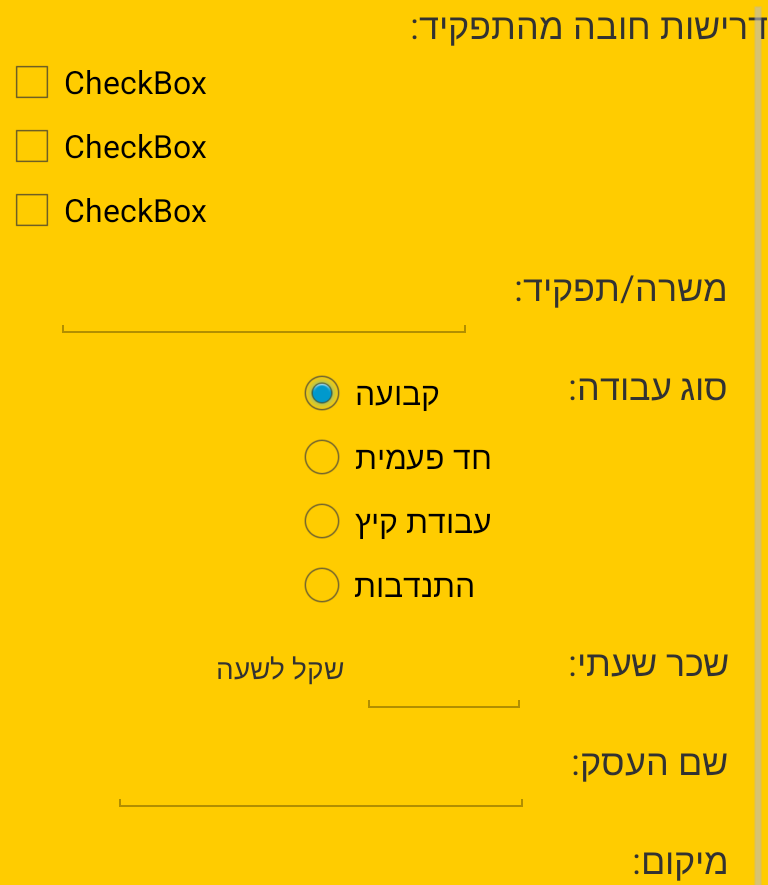
Repository: rodi055/jobli
Layout: Jobli/res/layout/fragment_create_job.xml
The author's editor kept a copy of each file at every save. The layout is drawn from the files as they stood at one save, then again after the next save.
The pictures show rows 0 to 885 of an output 1280 px tall.
Pictures or frames that could not be fetched are drawn as grey boxes. It is drawn on a 768 x 1280 px phone screen (xhdpi) without system bars, with theme AppTheme; the app's code is not run. The app's manifest (not shown) leaves right-to-left support off. So textAlignment, textDirection and layoutDirection are ignored, and left and right values win over start and end ones.

Above is the layout before, as saved 2015-01-03 12:27:01.

### Jobli/res/layout/fragment_create_job.xml
<?xml version="1.0" encoding="utf-8"?>
<LinearLayout xmlns:android="http://schemas.android.com/apk/res/android"
    android:layout_width="match_parent"
    android:layout_height="match_parent"
    android:background="#FFCC00"
    android:orientation="vertical" >

    <ScrollView
        android:layout_width="match_parent"
        android:layout_height="wrap_content" >

        <LinearLayout
            android:layout_width="match_parent"
            android:layout_height="wrap_content"
            android:orientation="vertical" >

            <RelativeLayout
                android:layout_width="wrap_content"
                android:layout_height="wrap_content"
                android:layout_weight="0.56" >

                <TextView
                    android:id="@+id/textView10"
                    android:layout_width="wrap_content"
                    android:layout_height="wrap_content"
                    android:layout_alignParentRight="true"
                    android:layout_alignParentTop="true"
                    android:text="דרישות חובה מהתפקיד:"
                    android:textSize="18sp" />

                <TableLayout
                    android:layout_width="wrap_content"
                    android:layout_height="wrap_content"
                    android:layout_below="@+id/textView10"
                    android:layout_centerVertical="true" >

                    <TableRow
                        android:id="@+id/tableRow1"
                        android:layout_width="wrap_content"
                        android:layout_height="wrap_content" >

                        <CheckBox
                            android:id="@+id/checkBox2"
                            android:layout_width="wrap_content"
                            android:layout_height="wrap_content"
                            android:text="CheckBox" />

                    </TableRow>

                    <TableRow
                        android:id="@+id/tableRow2"
                        android:layout_width="wrap_content"
                        android:layout_height="wrap_content" >

                        <CheckBox
                            android:id="@+id/checkBox3"
                            android:layout_width="wrap_content"
                            android:layout_height="wrap_content"
                            android:text="CheckBox" />

                    </TableRow>

                    <TableRow
                        android:id="@+id/tableRow3"
                        android:layout_width="wrap_content"
                        android:layout_height="wrap_content" >

                        <CheckBox
                            android:id="@+id/checkBox4"
                            android:layout_width="wrap_content"
                            android:layout_height="wrap_content"
                            android:text="CheckBox" />

                    </TableRow>

                    <TableRow
                        android:id="@+id/tableRow4"
                        android:layout_width="wrap_content"
                        android:layout_height="wrap_content" >
                    </TableRow>
                </TableLayout>

            </RelativeLayout>

            <RelativeLayout
                android:layout_width="wrap_content"
                android:layout_height="wrap_content"
                android:layout_marginTop="10dp" >

                <TextView
                    android:id="@+id/textView1"
                    android:layout_width="wrap_content"
                    android:layout_height="wrap_content"
                    android:layout_alignParentEnd="true"
                    android:layout_alignParentRight="true"
                    android:layout_alignParentTop="true"
                    android:layout_marginEnd="20dp"
                    android:layout_marginRight="20dp"
                    android:text="משרה/תפקיד:"
                    android:textSize="18sp" />

                <EditText
                    android:id="@+id/editText1"
                    android:layout_width="wrap_content"
                    android:layout_height="wrap_content"
                    android:layout_alignTop="@+id/textView1"
                    android:layout_marginEnd="20dp"
                    android:layout_marginRight="20dp"
                    android:layout_toLeftOf="@+id/textView1"
                    android:layout_toStartOf="@+id/textView1"
                    android:ems="10"
                    android:maxLines="1" />
            </RelativeLayout>

            <RelativeLayout
                android:layout_width="wrap_content"
                android:layout_height="wrap_content"
                android:layout_marginTop="10dp" >

                <TextView
                    android:id="@+id/textView2"
                    android:layout_width="wrap_content"
                    android:layout_height="wrap_content"
                    android:layout_alignParentEnd="true"
                    android:layout_alignParentRight="true"
                    android:layout_alignParentTop="true"
                    android:layout_marginEnd="20dp"
                    android:layout_marginRight="20dp"
                    android:text="סוג עבודה:"
                    android:textSize="18sp" />

                <RadioGroup
                    android:id="@+id/radioGroup1"
                    android:layout_width="wrap_content"
                    android:layout_height="wrap_content"
                    android:layout_alignParentTop="true"
                    android:layout_marginEnd="38dp"
                    android:layout_marginRight="38dp"
                    android:layout_toLeftOf="@+id/textView2" >

                    <RadioButton
                        android:id="@+id/radio0"
                        android:layout_width="wrap_content"
                        android:layout_height="wrap_content"
                        android:checked="true"
                        android:text="קבועה" />

                    <RadioButton
                        android:id="@+id/radio1"
                        android:layout_width="wrap_content"
                        android:layout_height="wrap_content"
                        android:text="חד פעמית" />

                    <RadioButton
                        android:id="@+id/radio2"
                        android:layout_width="wrap_content"
                        android:layout_height="wrap_content"
                        android:text="עבודת קיץ" />

                    <RadioButton
                        android:id="@+id/radio3"
                        android:layout_width="wrap_content"
                        android:layout_height="wrap_content"
                        android:text="התנדבות" />
                </RadioGroup>
            </RelativeLayout>

            <RelativeLayout
                android:layout_width="wrap_content"
                android:layout_height="wrap_content"
                android:layout_marginTop="10dp" >

                <TextView
                    android:id="@+id/textView8"
                    android:layout_width="wrap_content"
                    android:layout_height="wrap_content"
                    android:layout_alignParentEnd="true"
                    android:layout_alignParentRight="true"
                    android:layout_alignParentTop="true"
                    android:layout_marginEnd="20dp"
                    android:layout_marginRight="20dp"
                    android:text="שכר שעתי:"
                    android:textSize="18sp" />

                <EditText
                    android:id="@+id/editText8"
                    android:layout_width="wrap_content"
                    android:layout_height="wrap_content"
                    android:layout_alignTop="@+id/textView8"
                    android:layout_marginEnd="20dp"
                    android:layout_marginRight="20dp"
                    android:layout_toLeftOf="@+id/textView8"
                    android:ems="4"
                    android:inputType="numberDecimal"
                    android:maxLines="1"
                    android:singleLine="true" />

                <TextView
                    android:id="@+id/textView9"
                    android:layout_width="wrap_content"
                    android:layout_height="wrap_content"
                    android:layout_alignBottom="@+id/textView8"
                    android:layout_marginRight="8dp"
                    android:layout_toLeftOf="@+id/editText8"
                    android:text="שקל לשעה" />
            </RelativeLayout>

            <RelativeLayout
                android:layout_width="wrap_content"
                android:layout_height="wrap_content"
                android:layout_marginTop="10dp" >

                <TextView
                    android:id="@+id/textView3"
                    android:layout_width="wrap_content"
                    android:layout_height="wrap_content"
                    android:layout_alignParentEnd="true"
                    android:layout_alignParentRight="true"
                    android:layout_alignParentTop="true"
                    android:layout_marginEnd="20dp"
                    android:layout_marginRight="20dp"
                    android:text="שם העסק:"
                    android:textSize="18sp" />

                <EditText
                    android:id="@+id/editText3"
                    android:layout_width="wrap_content"
                    android:layout_height="wrap_content"
                    android:layout_alignTop="@+id/textView3"
                    android:layout_marginEnd="20dp"
                    android:layout_marginRight="20dp"
                    android:layout_toLeftOf="@+id/textView3"
                    android:ems="10"
                    android:maxLines="1"
                    android:singleLine="true" />
            </RelativeLayout>

            <RelativeLayout
                android:layout_width="wrap_content"
                android:layout_height="wrap_content"
                android:layout_marginTop="10dp" >

                <TextView
                    android:id="@+id/textView4"
                    android:layout_width="wrap_content"
                    android:layout_height="wrap_content"
                    android:layout_alignParentEnd="true"
                    android:layout_alignParentRight="true"
                    android:layout_alignParentTop="true"
                    android:layout_marginEnd="20dp"
                    android:layout_marginRight="20dp"
                    android:text="מיקום:"
                    android:textSize="18sp" />
            </RelativeLayout>

            <fragment
                android:id="@+id/My_map"
                android:layout_width="match_parent"
                android:layout_height="120dp"
                android:layout_marginBottom="20dp"
                class="com.google.android.gms.maps.MapFragment" />

            <RelativeLayout
                android:layout_width="wrap_content"
                android:layout_height="wrap_content"
                android:layout_marginTop="10dp" >

                <TextView
                    android:id="@+id/textView5"
                    android:layout_width="wrap_content"
                    android:layout_height="wrap_content"
                    android:layout_alignParentEnd="true"
                    android:layout_alignParentRight="true"
                    android:layout_alignParentTop="true"
                    android:layout_marginEnd="20dp"
                    android:layout_marginRight="20dp"
                    android:text="שם איש קשר:"
                    android:textSize="18sp" />

                <EditText
                    android:id="@+id/editText5"
                    android:layout_width="wrap_content"
                    android:layout_height="wrap_content"
                    android:layout_alignTop="@+id/textView5"
                    android:layout_marginEnd="20dp"
                    android:layout_marginRight="20dp"
                    android:layout_toLeftOf="@+id/textView5"
                    android:layout_toStartOf="@+id/textView5"
                    android:ems="10"
                    android:inputType="textPersonName"
                    android:maxLines="1"
                    android:singleLine="true" />
            </RelativeLayout>

            <RelativeLayout
                android:layout_width="wrap_content"
                android:layout_height="wrap_content"
                android:layout_marginTop="10dp" >

                <TextView
                    android:id="@+id/textView6"
                    android:layout_width="wrap_content"
                    android:layout_height="wrap_content"
                    android:layout_alignParentEnd="true"
                    android:layout_alignParentRight="true"
                    android:layout_alignParentTop="true"
                    android:layout_marginEnd="20dp"
                    android:layout_marginRight="20dp"
                    android:text="איימיל:"
                    android:textSize="18sp" />

                <EditText
                    android:id="@+id/editText6"
                    android:layout_width="wrap_content"
                    android:layout_height="wrap_content"
                    android:layout_alignTop="@+id/textView6"
                    android:layout_marginEnd="20dp"
                    android:layout_marginRight="20dp"
                    android:layout_toLeftOf="@+id/textView6"
                    android:layout_toStartOf="@+id/textView6"
                    android:ems="10"
                    android:inputType="textEmailAddress"
                    android:maxLines="1"
                    android:singleLine="true" />
            </RelativeLayout>

            <RelativeLayout
                android:layout_width="wrap_content"
                android:layout_height="wrap_content"
                android:layout_marginTop="10dp"
                android:contentDescription="@android:string/emptyPhoneNumber" >

                <TextView
                    android:id="@+id/textView7"
                    android:layout_width="wrap_content"
                    android:layout_height="wrap_content"
                    android:layout_alignParentEnd="true"
                    android:layout_alignParentRight="true"
                    android:layout_alignParentTop="true"
                    android:layout_marginEnd="20dp"
                    android:layout_marginRight="20dp"
                    android:text="מספר טלפון:"
                    android:textSize="18sp" />

                <EditText
                    android:id="@+id/editText7"
                    android:layout_width="wrap_content"
                    android:layout_height="wrap_content"
                    android:layout_alignTop="@+id/textView7"
                    android:layout_marginEnd="20dp"
                    android:layout_marginRight="20dp"
                    android:layout_toLeftOf="@+id/textView7"
                    android:layout_toStartOf="@+id/textView7"
                    android:ems="10"
                    android:inputType="phone"
                    android:maxLines="1"
                    android:singleLine="true" />

                <CheckBox
                    android:id="@+id/checkBox1"
                    android:layout_width="wrap_content"
                    android:layout_height="wrap_content"
                    android:layout_alignParentRight="true"
                    android:layout_below="@id/textView7"
                    android:text="אל תציג מספר טלפון"
                    android:textSize="12sp" />
            </RelativeLayout>
        </LinearLayout>

    </ScrollView>

</LinearLayout>

Loaded but not shown: Jobli/res/values/styles.xml (common file); Jobli/res/values-v11/styles.xml (common file); Jobli/res/values-v14/styles.xml (common file)

After the next save:
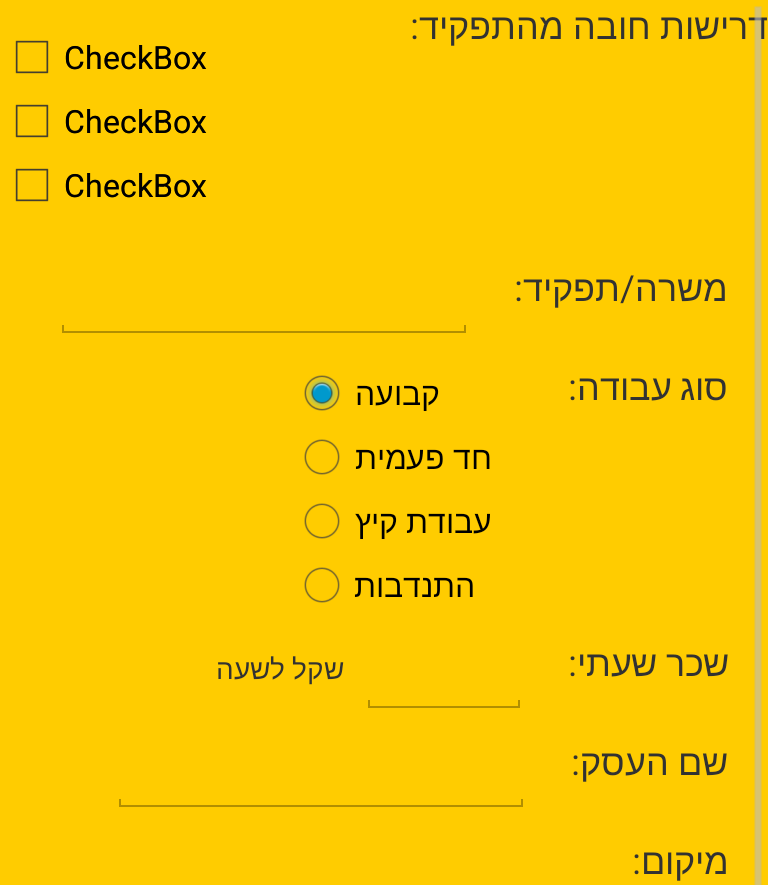
Saved 112 s later.
--- a/Jobli/res/layout/fragment_create_job.xml
+++ b/Jobli/res/layout/fragment_create_job.xml
@@ -29,11 +29,61 @@
                     android:textSize="18sp" />
 
                 <TableLayout
+                    android:id="table2"
+                    android:layout_width="wrap_content"
+                    android:layout_height="wrap_content"
+                    android:layout_toRightOf="@+id/table1"
+                    android:layout_centerVertical="true" >
+                    <TableRow
+                        android:id="@+id/tableRow1"
+                        android:layout_width="wrap_content"
+                        android:layout_height="wrap_content" >
+
+                        <CheckBox
+                            android:id="@+id/checkBox2"
+                            android:layout_width="wrap_content"
+                            android:layout_height="wrap_content"
+                            android:text="CheckBox" />
+
+                    </TableRow>
+
+                    <TableRow
+                        android:id="@+id/tableRow2"
+                        android:layout_width="wrap_content"
+                        android:layout_height="wrap_content" >
+
+                        <CheckBox
+                            android:id="@+id/checkBox3"
+                            android:layout_width="wrap_content"
+                            android:layout_height="wrap_content"
+                            android:text="CheckBox" />
+
+                    </TableRow>
+
+                    <TableRow
+                        android:id="@+id/tableRow3"
+                        android:layout_width="wrap_content"
+                        android:layout_height="wrap_content" >
+
+                        <CheckBox
+                            android:id="@+id/checkBox4"
+                            android:layout_width="wrap_content"
+                            android:layout_height="wrap_content"
+                            android:text="CheckBox" />
+
+                    </TableRow>
+
+                    <TableRow
+                        android:id="@+id/tableRow4"
+                        android:layout_width="wrap_content"
+                        android:layout_height="wrap_content" >
+                    </TableRow>
+                </TableLayout><TableLayout
+                    android:id="table1"
                     android:layout_width="wrap_content"
                     android:layout_height="wrap_content"
                     android:layout_below="@+id/textView10"
                     android:layout_centerVertical="true" >
-
                     <TableRow
                         android:id="@+id/tableRow1"
                         android:layout_width="wrap_content"
